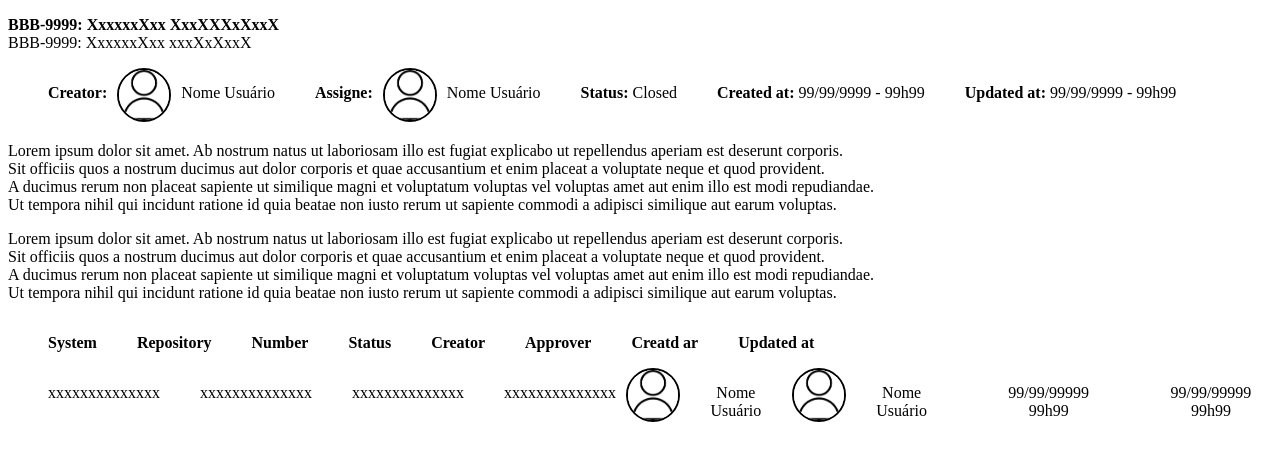
Repository: AnaBerlanda/PaginaFer
Page: index.html
These files come from the project's save history. The page is drawn as it stood at one moment and after the next save; the edit follows.
The browser window is 1280 px wide. The pictures show the whole page.

Above is the page before, as saved 2022-05-23 15:20:10.

### index.html
<!DOCTYPE html>
<html lang="en">
<head>
    <meta charset="UTF-8">
    <meta http-equiv="X-UA-Compatible" content="IE=edge">
    <meta name="viewport" content="width=device-width, initial-scale=1.0">
    <link type="text/css" rel="stylesheet" href="index.css">
    <title>Release</title>
</head>
<body>
    <p>
        <strong>BBB-9999: XxxxxxXxx XxxXXXxXxxX</strong><br>
        BBB-9999: XxxxxxXxx xxxXxXxxX
    </p>
    <div class="container">
        <div class="textos">
        <p class="sub-titulos"><strong>Creator:</strong></p>
        </div>
        <div class="imagem">
            <img src="imagem/Icone-usuario-Png-1024x1024.png">
        </div>
        <div class="nome-usuario">
            <p>Nome Usuário</p>
        </div>
        <div class="textos">
            <p class="sub-titulos"><strong>Assigne:</strong></p>
        </div>
            <div class="imagem">
                <img src="imagem/Icone-usuario-Png-1024x1024.png">
            </div>
            <div class="nome-usuario">
                <p>Nome Usuário</p>
            </div>
        <div class="textos">
            <p class="sub-titulos"><strong>Status:</strong> Closed</p>
        </div>
        <div class="textos">
            <p class="sub-titulos"><strong>Created at:</strong> 99/99/9999 - 99h99</p>
        </div>
        <div class="textos">
            <p class="sub-titulos"><strong>Updated at:</strong> 99/99/9999 - 99h99</p>
        </div>
    </div>
    <p>
        Lorem ipsum dolor sit amet. Ab nostrum natus ut laboriosam illo est fugiat explicabo ut repellendus aperiam est deserunt corporis.<br> Sit officiis quos a nostrum ducimus aut dolor corporis et quae accusantium et enim placeat a voluptate neque et quod provident.<br> A ducimus rerum non placeat sapiente ut similique magni et voluptatum voluptas vel voluptas amet aut enim illo est modi repudiandae.<br> Ut tempora nihil qui incidunt ratione id quia beatae non iusto rerum ut sapiente commodi a adipisci similique aut earum voluptas.
    </p>
    <p>
        Lorem ipsum dolor sit amet. Ab nostrum natus ut laboriosam illo est fugiat explicabo ut repellendus aperiam est deserunt corporis.<br> Sit officiis quos a nostrum ducimus aut dolor corporis et quae accusantium et enim placeat a voluptate neque et quod provident.<br> A ducimus rerum non placeat sapiente ut similique magni et voluptatum voluptas vel voluptas amet aut enim illo est modi repudiandae.<br> Ut tempora nihil qui incidunt ratione id quia beatae non iusto rerum ut sapiente commodi a adipisci similique aut earum voluptas.
    </p>
    <div class="main-container">
        <div class="textos">
        <p class="sub-titulos"><strong>System</strong></p>
        </div>
        <div class="textos">
            <p class="sub-titulos"><strong>Repository</strong></p>
        </div>
        <div class="textos">
            <p class="sub-titulos"><strong>Number</strong></p>
        </div>
        <div class="textos">
            <p class="sub-titulos"><strong>Status</strong></p>
        </div>
        <div class="textos">
            <p class="sub-titulos"><strong>Creator</strong></p>
        </div>
        <div class="textos">
            <p class="sub-titulos"><strong>Approver</strong></p>
        </div>
        <div class="textos">
            <p class="sub-titulos"><strong>Creatd ar</strong></p>
        </div>
        <div class="textos">
            <p class="sub-titulos"><strong>Updated at</strong></p>
        </div>
    </div>
    <div class="main-container">
        <div class="textos">
            <p class="sub-titulos">xxxxxxxxxxxxxx</p>
        </div>
        <div class="textos">
            <p class="sub-titulos">xxxxxxxxxxxxxx</p>
        </div>
        <div class="textos">
            <p class="sub-titulos">xxxxxxxxxxxxxx</p>
        </div>
        <div class="textos">
            <p class="sub-titulos">xxxxxxxxxxxxxx</p>
        </div>
        <div class="imagem">
            <img src="imagem/Icone-usuario-Png-1024x1024.png">
        </div>
        <div class="nome-usuario">
            <p>Nome Usuário</p>
        </div>
        <div class="imagem">
            <img src="imagem/Icone-usuario-Png-1024x1024.png">
        </div>
        <div class="nome-usuario">
            <p>Nome Usuário</p>
        </div>
        <div class="textos">
            <p class="sub-titulos">99/99/99999 99h99</p>
        </div>
        <div class="textos">
            <p class="sub-titulos">99/99/99999 99h99</p>
        </div>

    </div>














</body>
</html>

### index.css
.container{
    display: flex;

}
.imagem img{
    width: 50px;
    height: 50px;
    border-radius: 50%;
    border: 2px solid black;
    margin-left: 10px;
}
.textos{
    margin-left: 40px;
}
.nome-usuario{
    margin-left: 10px;
}
.main-container{
    display: flex;
    text-align: center;
}

After the next save:
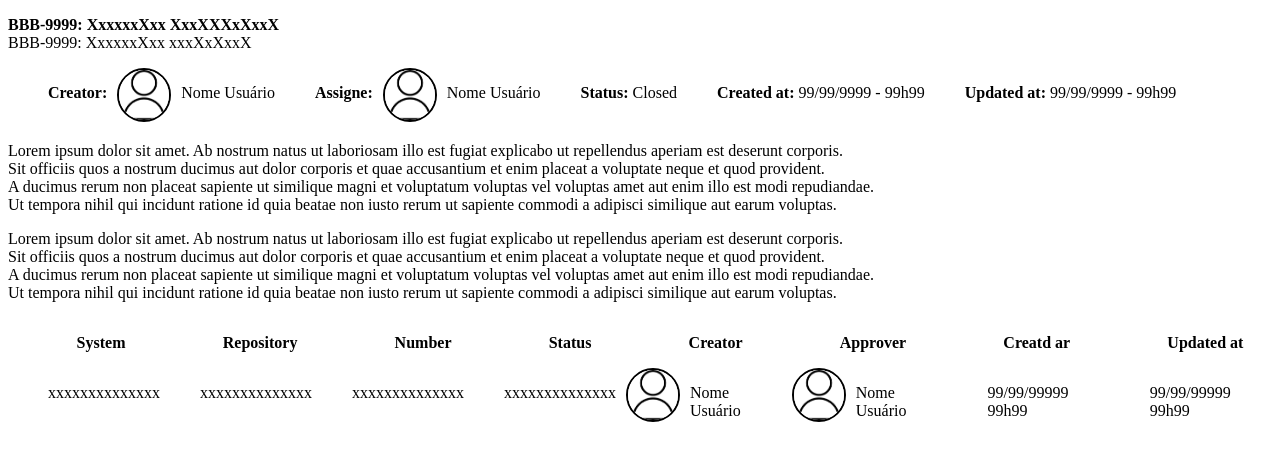
Saved 17 s later.
--- a/index.css
+++ b/index.css
@@ -17,5 +17,5 @@
 }
 .main-container{
     display: flex;
-    text-align: center;
+    justify-content: space-around;
 }
